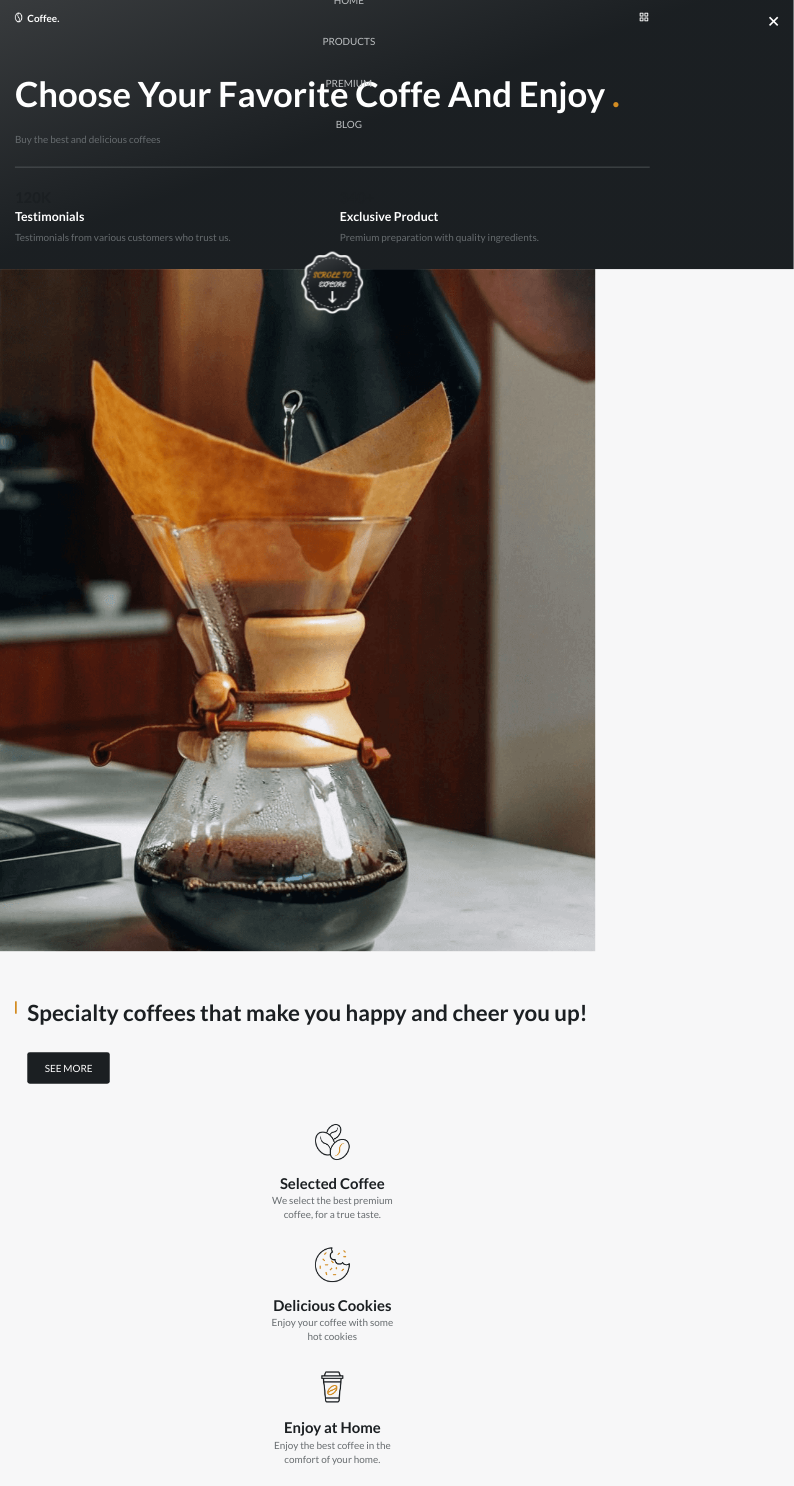
Repository: phong121020/coffee-responsive
Page: index.html
The author's editor kept a copy of each file at every save. The page is drawn from the files as they stood at one save, then again after a run of saves.
The browser window is 1280 px wide. The pictures show the whole page, at 62% of full size.

Above is the page before, as saved 2022-03-06 19:03:05.

After the next 2 saves:
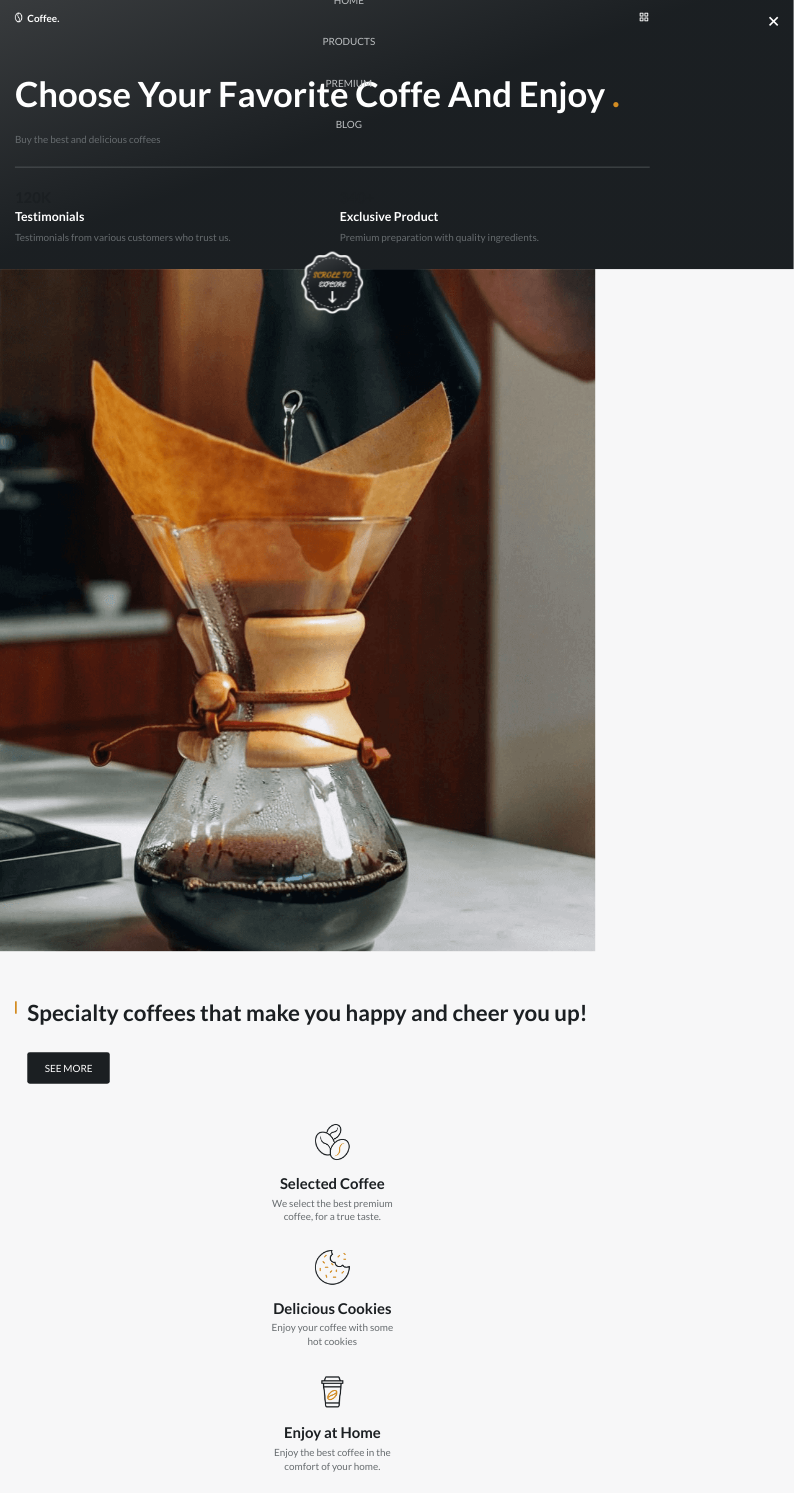
The 2 saves are shown as one change because they came seconds apart.
The last was saved 9 s later.
--- a/assets/css/style.css
+++ b/assets/css/style.css
@@ -307,6 +307,7 @@ button {
 .specialty__group {
   text-align: center;
 }
-.specialty__title{
-    font-size: var(--h2-font-size);
-}
+.specialty__title {
+  font-size: var(--h2-font-size);
+  margin-bottom: 0.25rem;
+}
